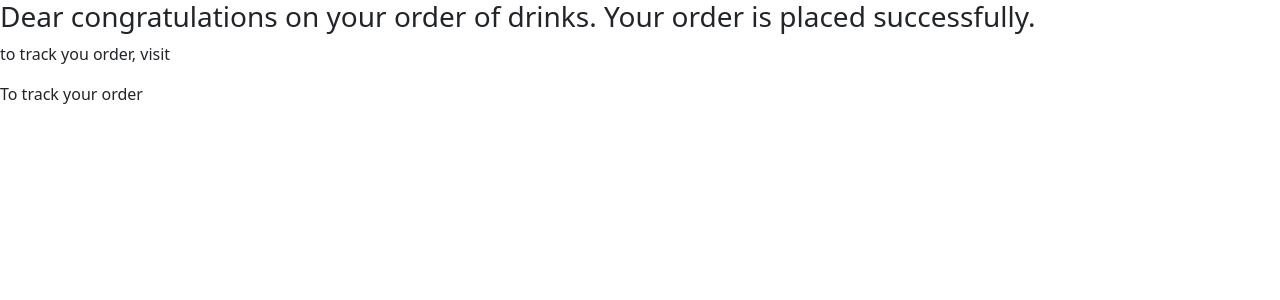
Repository: Flatbook/sliced_bread
Page: templates/confirm.html
An editor plug-in stored every save of this project. The page is shown before and after the next save, followed by the edit.
The browser window is 1280 px wide. The pictures show the whole page.
Some web libraries are served in a nearby version. The page is served by the project's application, run on Flask 3 (app.py). The template is opened directly, without the code that normally fills it, so the values that code supplies are empty.

Above is the page before, as saved 2021-05-16 17:34:30.

After the next save:
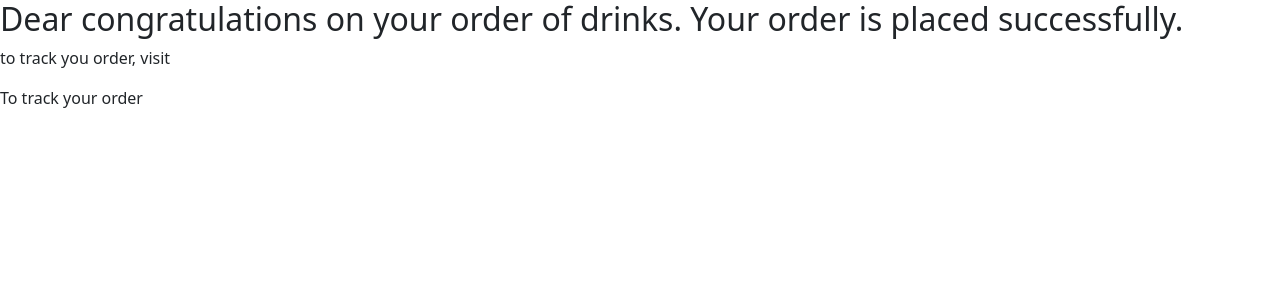
Saved 23 min 11 s later.
--- a/flask_project/templates/confirm.html
+++ b/flask_project/templates/confirm.html
@@ -1,7 +1,7 @@
 {% extends "layout.html" %}
 {% block content %}
 
-<h3> Dear
+<h3 class ="fs-2"> Dear
 {{ form.name.data }} congratulations on your order of
 {{ form.total.data }} drinks. Your order is placed successfully.
 </h3>
